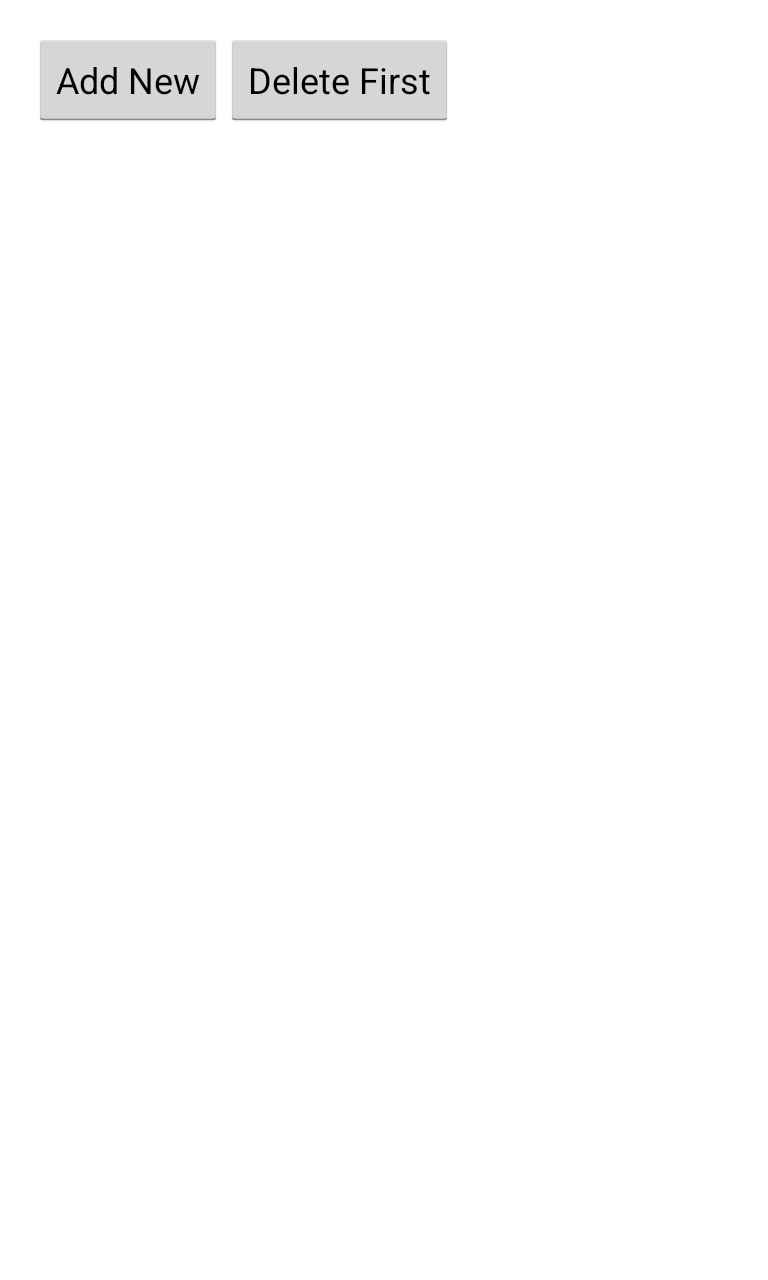
Repository: floriandrs/ttracker
Layout: TTracker/res/layout/activity_view_all_categories.xml
The author's editor kept a copy of each file at every save. The layout is drawn from the files as they stood at one save, then again after the next save.
It is drawn on a 768 x 1280 px phone screen (xhdpi) without system bars, with theme AppTheme; the app's code is not run. Lists and similar views that code fills are empty.

Above is the layout before, as saved 2015-02-23 19:21:35.

### TTracker/res/layout/activity_view_all_categories.xml
<RelativeLayout xmlns:android="http://schemas.android.com/apk/res/android"
    xmlns:tools="http://schemas.android.com/tools"
    android:layout_width="match_parent"
    android:layout_height="match_parent"
    android:paddingBottom="@dimen/activity_vertical_margin"
    android:paddingLeft="@dimen/activity_horizontal_margin"
    android:paddingRight="@dimen/activity_horizontal_margin"
    android:paddingTop="@dimen/activity_vertical_margin"
    tools:context="com.slart.ttracker.activitiy.ViewAllCategoriesActivity" >

    <LinearLayout
        android:id="@+id/group"
        android:layout_width="wrap_content"
        android:layout_height="wrap_content" >

        <Button
            android:id="@+id/add"
            android:layout_width="wrap_content"
            android:layout_height="wrap_content"
            android:text="Add New"
            android:onClick="onClick"/>

        <Button
            android:id="@+id/delete"
            android:layout_width="wrap_content"
            android:layout_height="wrap_content"
            android:text="Delete First"
            android:onClick="onClick"/>

    </LinearLayout>

    <ListView
        android:id="@android:id/list"
        android:layout_width="match_parent"
        android:layout_height="wrap_content"/>

</RelativeLayout>

### TTracker/res/values/styles.xml
<resources>

    <!--
        Base application theme, dependent on API level. This theme is replaced
        by AppBaseTheme from res/values-vXX/styles.xml on newer devices.
    -->
    <style name="AppBaseTheme" parent="android:Theme.Light">
        <!--
            Theme customizations available in newer API levels can go in
            res/values-vXX/styles.xml, while customizations related to
            backward-compatibility can go here.
        -->
    </style>

    <!-- Application theme. -->
    <style name="AppTheme" parent="AppBaseTheme">
        <!-- All customizations that are NOT specific to a particular API-level can go here. -->
    </style>


    <style name="FormWidthHeight">
        <item name="android:layout_width">match_parent</item>
        <item name="android:layout_height">wrap_content</item>
    </style>

    <style name="FormTopMargin" parent="@style/FormWidthHeight">
        <item name="android:layout_marginTop">20dp</item>
    </style>

    <style name="FormLabel" parent="@style/FormTopMargin">
        <item name="android:textColor">#77000000</item>
        <item name="android:textSize">14dp</item>
    </style>

</resources>

Loaded but not shown: TTracker/res/values-v11/styles.xml (common file); TTracker/res/values-v14/styles.xml (common file); TTracker/res/values/dimens.xml (common file); TTracker/res/values-w820dp/dimens.xml (common file)

After the next save:
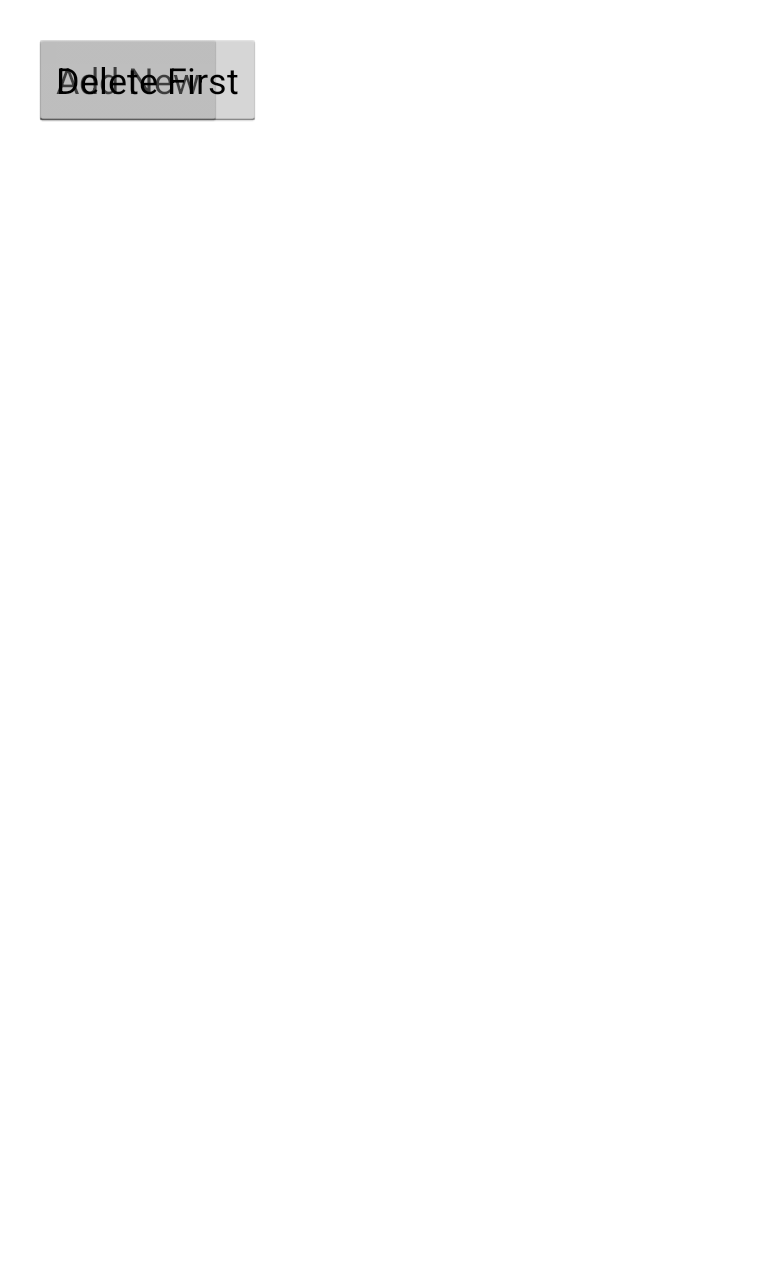
Saved 101 s later.
--- a/TTracker/res/layout/activity_view_all_categories.xml
+++ b/TTracker/res/layout/activity_view_all_categories.xml
@@ -8,10 +8,6 @@
     android:paddingTop="@dimen/activity_vertical_margin"
     tools:context="com.slart.ttracker.activitiy.ViewAllCategoriesActivity" >
 
-    <LinearLayout
-        android:id="@+id/group"
-        android:layout_width="wrap_content"
-        android:layout_height="wrap_content" >
 
         <Button
             android:id="@+id/add"
@@ -27,7 +23,6 @@
             android:text="Delete First"
             android:onClick="onClick"/>
 
-    </LinearLayout>
 
     <ListView
         android:id="@android:id/list"
